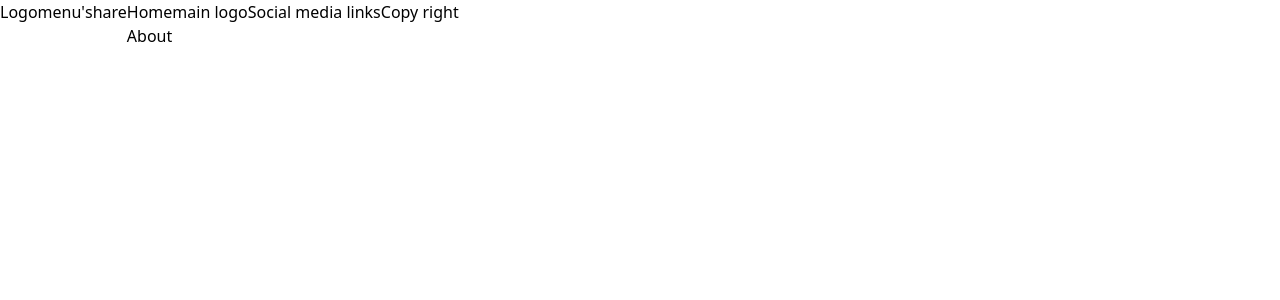
Repository: linco6054/template-tailwindcss
Page: index.html
These files come from the project's save history. The page is drawn as it stood at one moment and after the next save; the edit follows.
The browser window is 1280 px wide. The pictures show the whole page.

Above is the page before, as saved 2021-08-17 14:06:40.

### index.html
<!DOCTYPE html>
<html lang="en">
  <head>
    <meta charset="UTF-8" />
    <meta http-equiv="X-UA-Compatible" content="IE=edge" />
    <meta name="viewport" content="width=device-width, initial-scale=1.0" />
    <link
      href="https://unpkg.com/tailwindcss@^2/dist/tailwind.min.css"
      rel="stylesheet"
    />

    <title>Document</title>
  </head>
  <body class="max-w-full h-auto overflow-hidden flex flex-col md:flex-row">
    <!-- nav -->
    <nav class="flex">
      <span>Logo</span>
      <span>menu</span>'
      <span>share</span>
    </nav>
    <!-- pages -->
    <section class="flex-col">
      <div>Home</div>
      <div>About</div>
    </section>
    <!-- footer -->
    <footer class="flex">
      <span>main logo</span>
      <span>Social media links</span>
      <span>Copy right</span>
    </footer>
  </body>
</html>

After the next save:
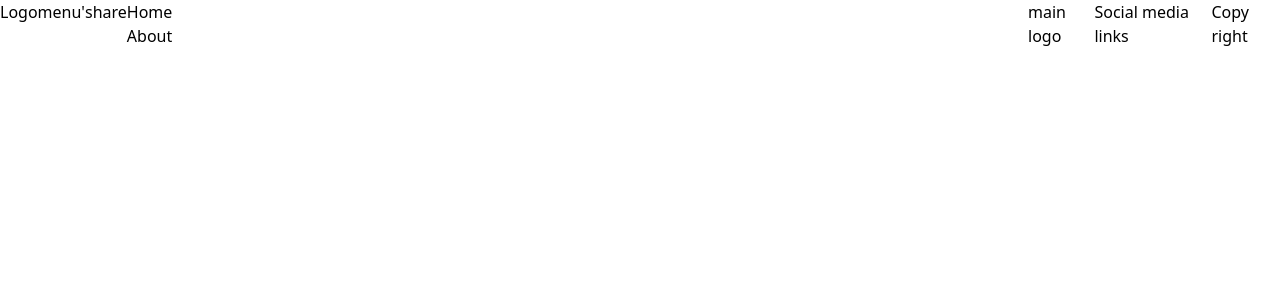
Saved 105 s later.
--- a/index.html
+++ b/index.html
@@ -19,7 +19,7 @@
       <span>share</span>
     </nav>
     <!-- pages -->
-    <section class="flex-col">
+    <section class="flex-col w-4/5">
       <div>Home</div>
       <div>About</div>
     </section>
